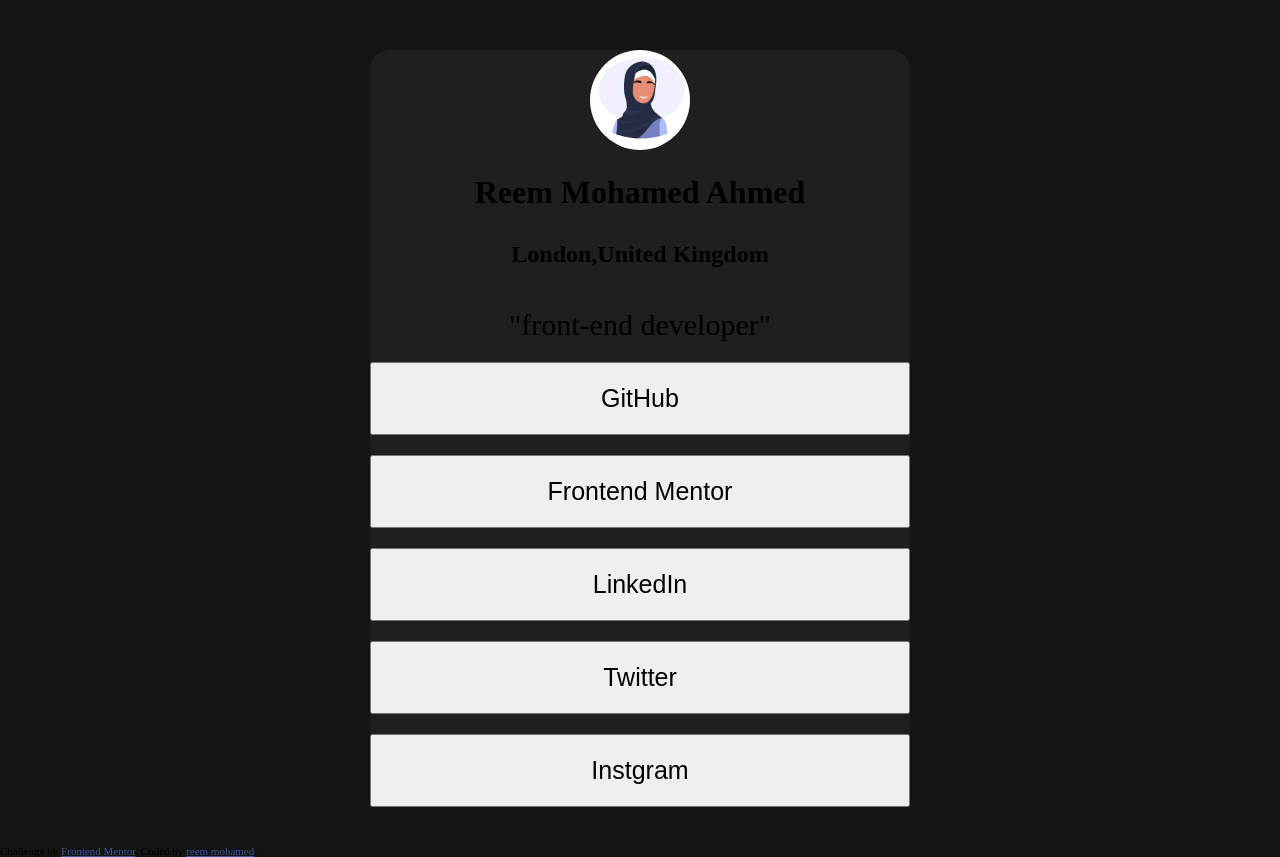
Repository: reemoon-ctrl/social_links_profile_main
Page: index.html
An editor plug-in stored every save of this project. The page is shown before and after a run of saves, followed by the edit.
The browser window is 1280 px wide. The pictures show the whole page.

Above is the page before, as saved 2024-07-23 10:29:29.

### index.html
<!DOCTYPE html>
<html lang="en">
<head>
  <meta charset="UTF-8">
  <meta name="viewport" content="width=device-width, initial-scale=1.0"> <!-- displays site properly based on user's device -->

  <link rel="icon" type="image/png" sizes="32x32" href="./assets/images/favicon-32x32.png">

  <title>Frontend Mentor | Social links profile</title>

  <!-- Feel free to remove these styles or customise in your own stylesheet 👍 -->
  <style>
    .attribution { font-size: 11px; text-align: center; }
    .attribution a { color: hsl(228, 45%, 44%); }
  </style>
  <link rel="stylesheet" href="index.css"/>
</head>
<body>
  <main>
    <div class="position-container">
      <div class="container">
      <div class="head-container">
      <img src="/depositphotos_668859444-stock-illustration-arab-woman-face-covered-hijab.jpg" alt="person-img">
      <h1>Reem Mohamed Ahmed</h1>
      <h2>London,United Kingdom</h2>
      <p>"front-end developer"</p>
      </div>
      <div class="form-container">
      <button>GitHub</button>
      <button>Frontend Mentor</button>
      <button>LinkedIn</button>
      <button>Twitter</button>
      <button>Instgram</button>
      </div>
    </div>
    </div>
 </main>
 <footer>
    <div class="attribution">
      Challenge by <a href="https://www.frontendmentor.io?ref=challenge" target="_blank">Frontend Mentor</a>.
      Coded by <a href="https://www.frontendmentor.io/reemoon-ctrl">reem mohamed</a>.
    </div>
 </footer>
</body>
</html>

### index.css
*{
    box-sizing: border-box;
    margin:0px;
    padding: 0px;
}

body{
    position: relative;

    min-height: 100vh;
    background: hsl(0, 0%, 8%);

}
.position-container{
    display: flex;
    flex-direction: column;
    /* border:1px solid #ddd; */
    margin :auto;
    width: 50%;
    padding:50px;
    min-height:100vh;
    align-items: center;
    justify-content: center;
    text-align: center;
    background:hsl(0, 0%, 8%)
}
.container{
    height:max-content;
    background: #1f1f1f;
    border-radius: 20px;
}

.form-container button{
    font-size: 25px;
    width:100%;
    padding:20px;
}
img{
    width: 100px;
    height: 100px;
    border-radius:70px ;
    margin-bottom: 20px;
}
h1{
    margin-bottom: 30px;
}
h2{
    margin-bottom: 40px;
}
p{
    font-size: 30px;
}
button{
    margin-top: 20px;
}
footer{
    position: absolute;
    bottom: 0px;
    margin: auto;
}

After the next 5 saves:
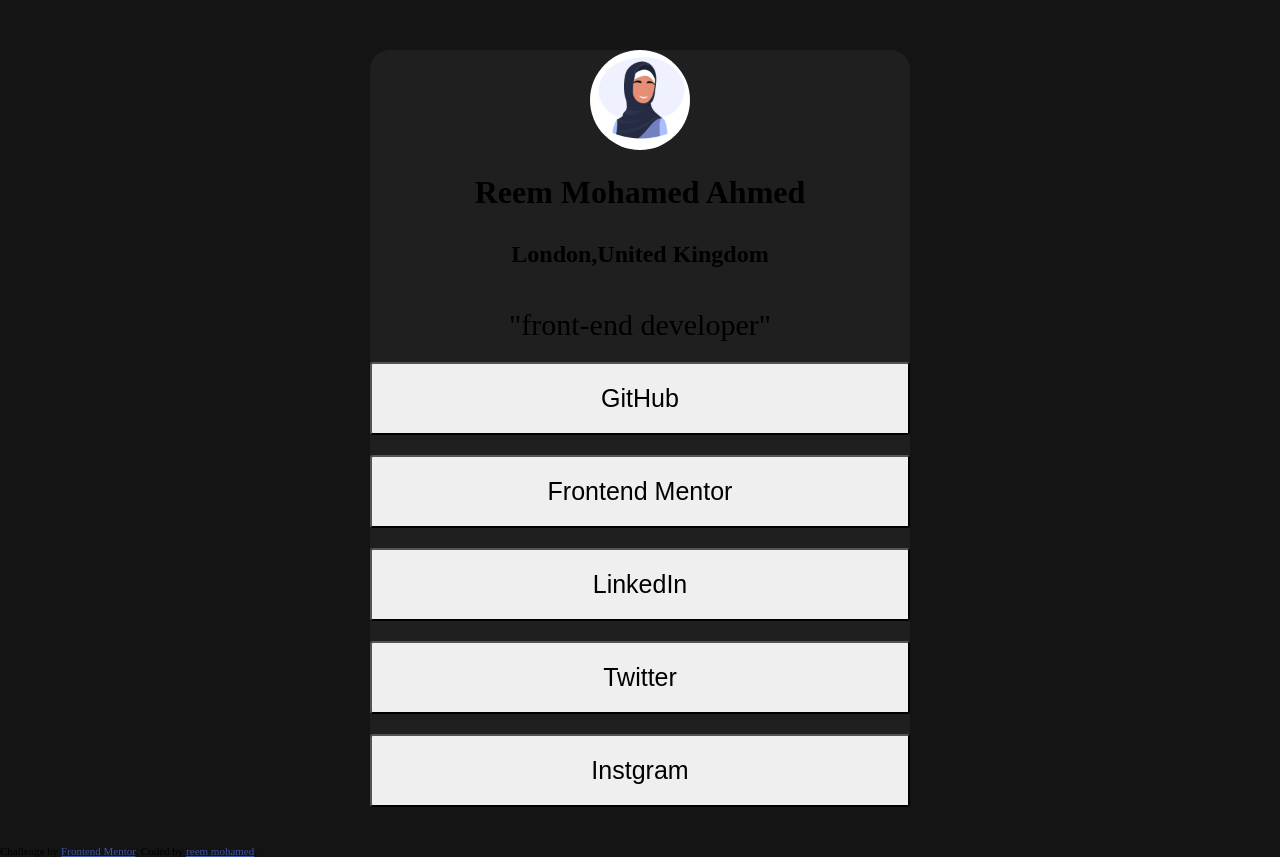
The 5 saves are shown as one change because they came seconds apart.
The last was saved 39 s later.
--- a/index.css
+++ b/index.css
@@ -52,6 +52,7 @@
 }
 button{
     margin-top: 20px;
+    border-radius: 3px;
 }
 footer{
     position: absolute;

After the 2 saves that followed:
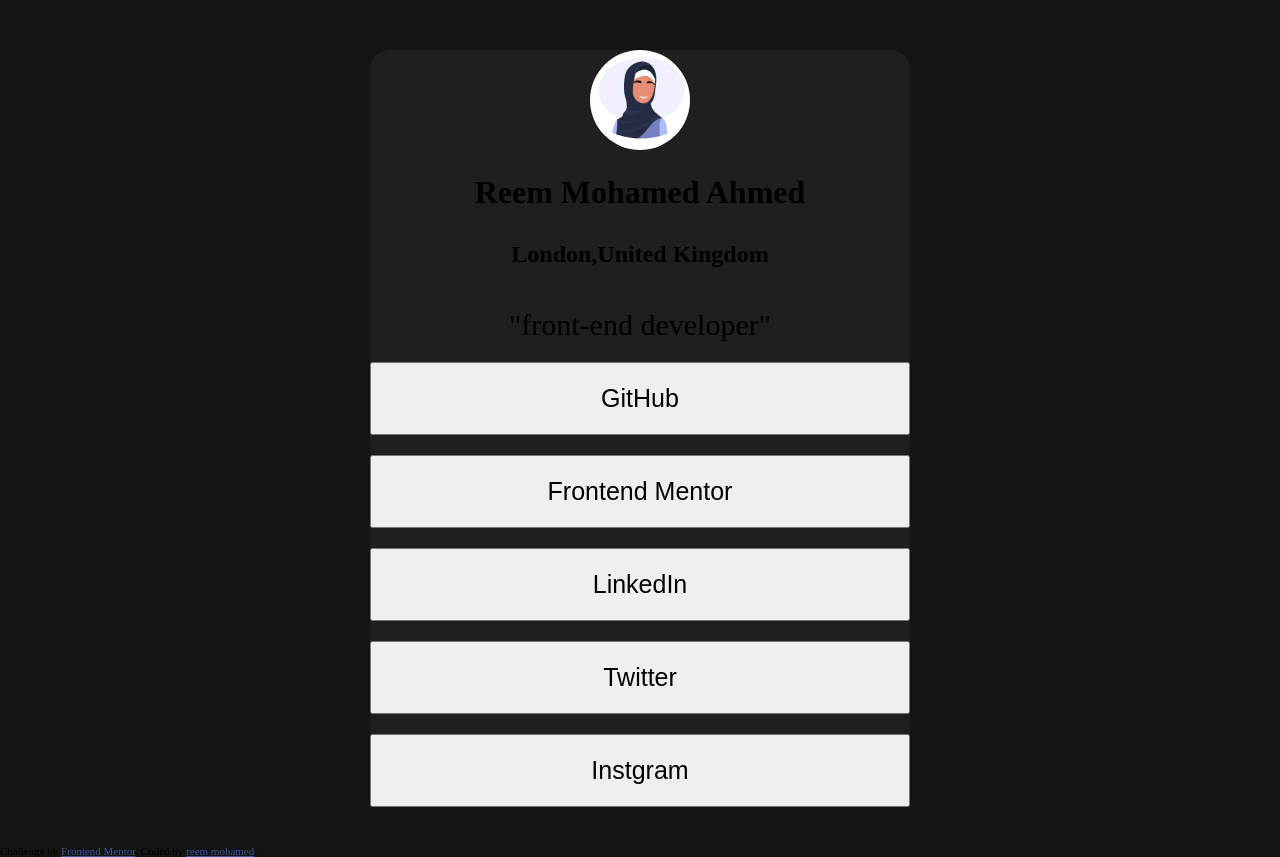
The 2 saves are shown as one change because they came seconds apart.
The last was saved 8 s later.
--- a/index.css
+++ b/index.css
@@ -52,7 +52,7 @@
 }
 button{
     margin-top: 20px;
-    border-radius: 3px;
+    border-radius: 50x;
 }
 footer{
     position: absolute;
